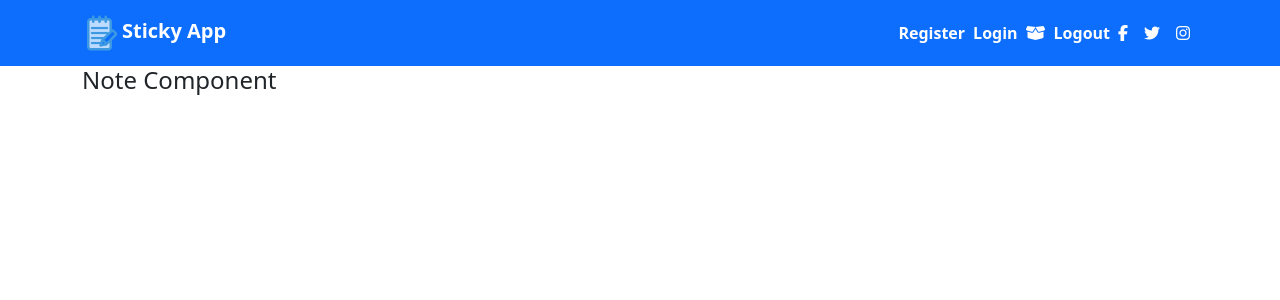
Repository: Mennaaymangalal/Sticky-App
Page: /note
The author's editor kept a copy of each file at every save. The page is drawn from the files as they stood at one save, then again after the next save.
The browser window is 1280 px wide. The pictures show the whole page.
The project was rebuilt for these pictures with package versions that can differ from the ones it lists, and the page was loaded fresh each time. Also part of the build but not shown: vite.config.js, src/Pages/Home/Home.jsx, src/Pages/Login/Login.jsx, src/Pages/NotFound/NotFound.jsx, src/Pages/SignUp/SignUp.jsx.

Above is the page before, as saved 2025-04-04 15:38:19.

After the next save:
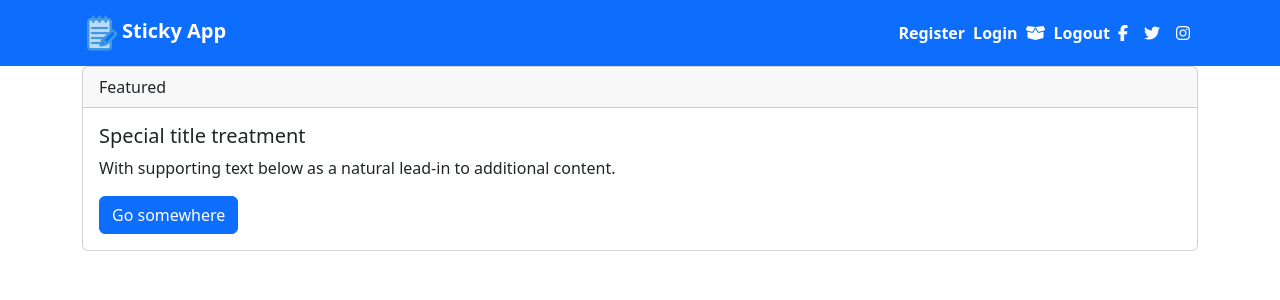
Saved 81 s later.
--- a/src/Pages/Note/Note.jsx
+++ b/src/Pages/Note/Note.jsx
@@ -6,7 +6,16 @@ import Card from 'react-bootstrap/Card';
 export default function Note() {
   return (
     <>
-      <h4>Note Component</h4>
+       <Card>
+      <Card.Header>Featured</Card.Header>
+      <Card.Body>
+        <Card.Title>Special title treatment</Card.Title>
+        <Card.Text>
+          With supporting text below as a natural lead-in to additional content.
+        </Card.Text>
+        <Button variant="primary">Go somewhere</Button>
+      </Card.Body>
+    </Card>
     </>
   )
 }
